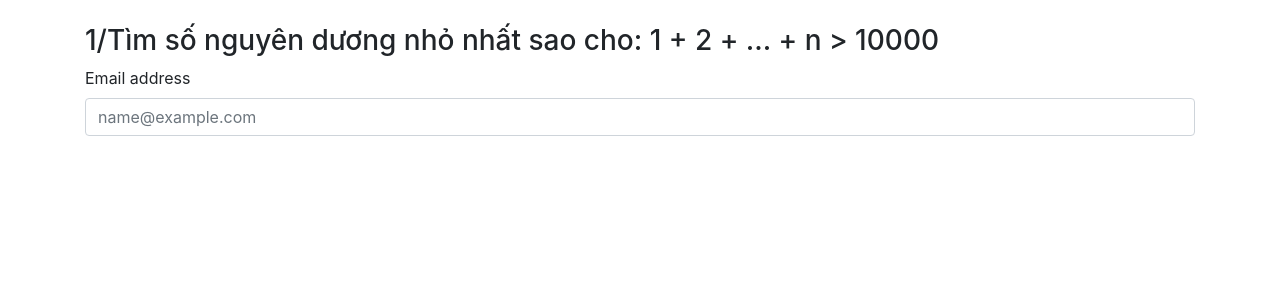
Repository: baobaodeveloper/bootcamp21__loop__HuynhAnhBao
Page: index.html
The author's editor kept a copy of each file at every save. The page is drawn from the files as they stood at one save, then again after the next save.
The browser window is 1280 px wide. The pictures show the whole page.

Above is the page before, as saved 2022-03-16 22:55:32.

### index.html
<!DOCTYPE html>
<html lang="en">
  <head>
    <title>Exercise Js</title>
    <!-- Required meta tags -->
    <meta charset="utf-8" />
    <meta
      name="viewport"
      content="width=device-width, initial-scale=1, shrink-to-fit=no"
    />

    <!-- Bootstrap CSS -->
    <link
      rel="stylesheet"
      href="https://stackpath.bootstrapcdn.com/bootstrap/4.3.1/css/bootstrap.min.css"
      integrity="sha384-ggOyR0iXCbMQv3Xipma34MD+dH/1fQ784/j6cY/iJTQUOhcWr7x9JvoRxT2MZw1T"
      crossorigin="anonymous"
    />
  </head>
  <body>
    <!--1/Tìm số nguyên dương nhỏ nhất sao cho:
    1 + 2 + … + n > 10000-->
    <div class="container mt-4">
      <h3>1/Tìm số nguyên dương nhỏ nhất sao cho: 1 + 2 + … + n > 10000</h3>
      <div class="mb-3">
        <label for="exampleFormControlInput1" class="form-label"
          >Email address</label
        >
        <input
          type="email"
          class="form-control"
          id="exampleFormControlInput1"
          placeholder="name@example.com"
        />
      </div>
    </div>

    <!-- Optional JavaScript -->
    <!-- jQuery first, then Popper.js, then Bootstrap JS -->
    <script
      src="https://code.jquery.com/jquery-3.3.1.slim.min.js"
      integrity="sha384-q8i/X+965DzO0rT7abK41JStQIAqVgRVzpbzo5smXKp4YfRvH+8abtTE1Pi6jizo"
      crossorigin="anonymous"
    ></script>
    <script
      src="https://cdnjs.cloudflare.com/ajax/libs/popper.js/1.14.7/umd/popper.min.js"
      integrity="sha384-UO2eT0CpHqdSJQ6hJty5KVphtPhzWj9WO1clHTMGa3JDZwrnQq4sF86dIHNDz0W1"
      crossorigin="anonymous"
    ></script>
    <script
      src="https://stackpath.bootstrapcdn.com/bootstrap/4.3.1/js/bootstrap.min.js"
      integrity="sha384-JjSmVgyd0p3pXB1rRibZUAYoIIy6OrQ6VrjIEaFf/nJGzIxFDsf4x0xIM+B07jRM"
      crossorigin="anonymous"
    ></script>
  </body>
</html>

After the next save:
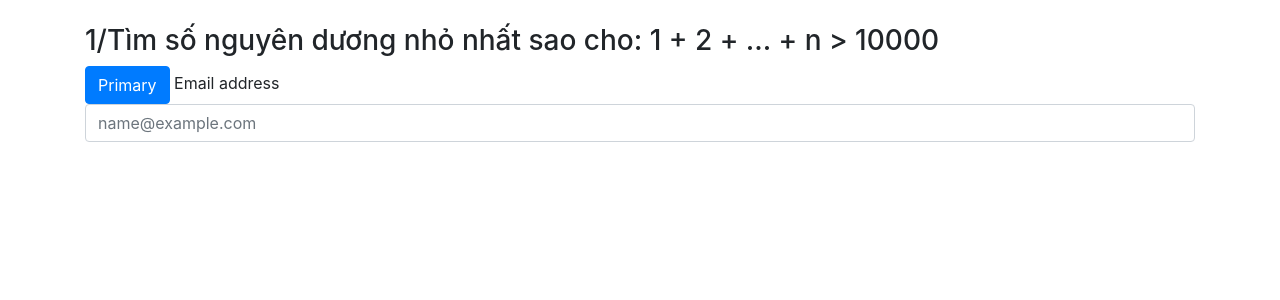
Saved 28 s later.
--- a/index.html
+++ b/index.html
@@ -23,6 +23,7 @@
     <div class="container mt-4">
       <h3>1/Tìm số nguyên dương nhỏ nhất sao cho: 1 + 2 + … + n > 10000</h3>
       <div class="mb-3">
+        <button type="button" class="btn btn-primary">Primary</button>
         <label for="exampleFormControlInput1" class="form-label"
           >Email address</label
         >
